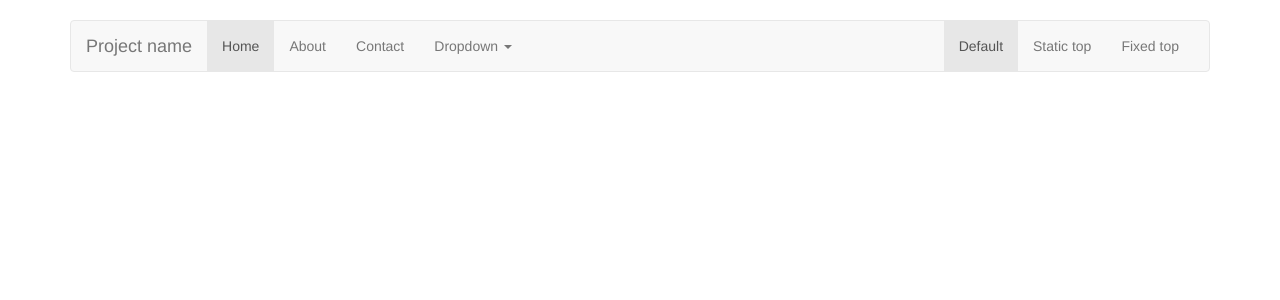
Repository: chaice/code
Page: http://localhost/web6/home
These files come from the project's save history. The page is drawn as it stood at one moment and after the next save; the edit follows.
The browser window is 1280 px wide. The pictures show the whole page.
Some web libraries are served in a nearby version. The page is served by Tomcat 9. The session is filled in as if someone had signed in: {"username": "testuser"}.

Above is the page before, as saved 2016-06-01 09:44:18.

After the next save:
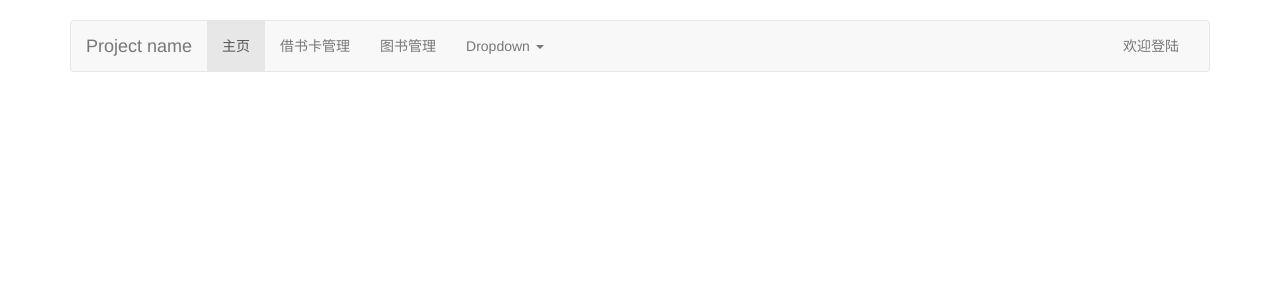
Saved 2 min 0 s later.
--- a/web6/WebContent/WEB-INF/views/home.jsp
+++ b/web6/WebContent/WEB-INF/views/home.jsp
@@ -22,25 +22,16 @@ body {
 <body>
 
 	<div class="container">
-
-		<!-- Static navbar -->
 		<nav class="navbar navbar-default">
 			<div class="container-fluid">
 				<div class="navbar-header">
-					<button type="button" class="navbar-toggle collapsed"
-						data-toggle="collapse" data-target="#navbar" aria-expanded="false"
-						aria-controls="navbar">
-						<span class="sr-only">Toggle navigation</span> <span
-							class="icon-bar"></span> <span class="icon-bar"></span> <span
-							class="icon-bar"></span>
-					</button>
 					<a class="navbar-brand" href="#">Project name</a>
 				</div>
 				<div id="navbar" class="navbar-collapse collapse">
 					<ul class="nav navbar-nav">
-						<li class="active"><a href="#">Home</a></li>
-						<li><a href="#">About</a></li>
-						<li><a href="#">Contact</a></li>
+						<li class="active"><a href="#">主页</a></li>
+						<li><a href="#">借书卡管理</a></li>
+						<li><a href="#">图书管理</a></li>
 						<li class="dropdown"><a href="#" class="dropdown-toggle"
 							data-toggle="dropdown" role="button" aria-haspopup="true"
 							aria-expanded="false">Dropdown <span class="caret"></span></a>
@@ -54,12 +45,9 @@ body {
 								<li><a href="#">One more separated link</a></li>
 							</ul></li>
 					</ul>
-					<ul class="nav navbar-nav navbar-right">
-						<li class="active"><a href="./">Default <span
-								class="sr-only">(current)</span></a></li>
-						<li><a href="../navbar-static-top/">Static top</a></li>
-						<li><a href="../navbar-fixed-top/">Fixed top</a></li>
-					</ul>
+					<ol class="nav navbar-nav navbar-right">
+						<li><a>欢迎登陆</a></li>
+					</ol>
 				</div>
 			</div>
 		</nav>
